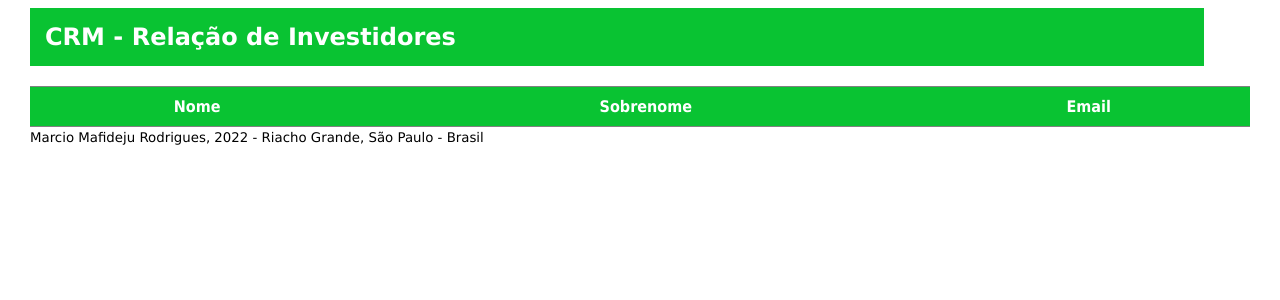
Repository: mafideju/CustomerTracker
Page: http://localhost/web-customer-tracker/WEB-INF/view/list-customers.jsp
An editor plug-in stored every save of this project. The page is shown before and after the next save, followed by the edit.
The browser window is 1280 px wide. The pictures show the whole page.
The page is served by Tomcat 9. Nobody is signed in. The template is opened directly, without the code that normally fills it, so the values that code supplies are empty.

Above is the page before, as saved 2022-01-21 21:15:57.

After the next save:
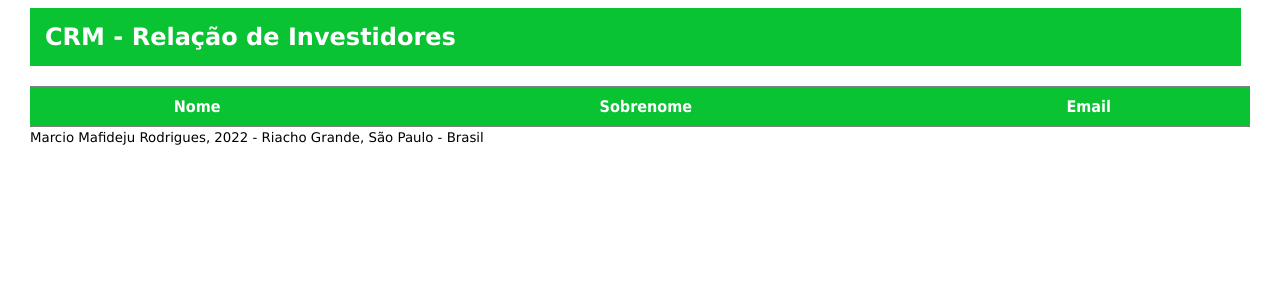
Saved 12 s later.
--- a/web-customer-tracker/WebContent/resources/css/style.css
+++ b/web-customer-tracker/WebContent/resources/css/style.css
@@ -27,7 +27,7 @@ tr:nth-child(even) {background: rgb(222, 221, 218)}
 tr:nth-child(odd) {background: #BBBBBB}
 
 #wrapper {width: 100%; margin-top: 0px; }
-#header {width: 95%; background: #09c332; margin-top: 0px; padding:15px 0px 15px 15px;}
+#header {width: 98%; background: #09c332; margin-top: 0px; padding:15px 0px 15px 15px;}
 #header h2 {width: 100%; margin:auto; color: #FFFFFF;}
 #container {width: 100%; margin:auto}
 #container h3 {color: #000;}
